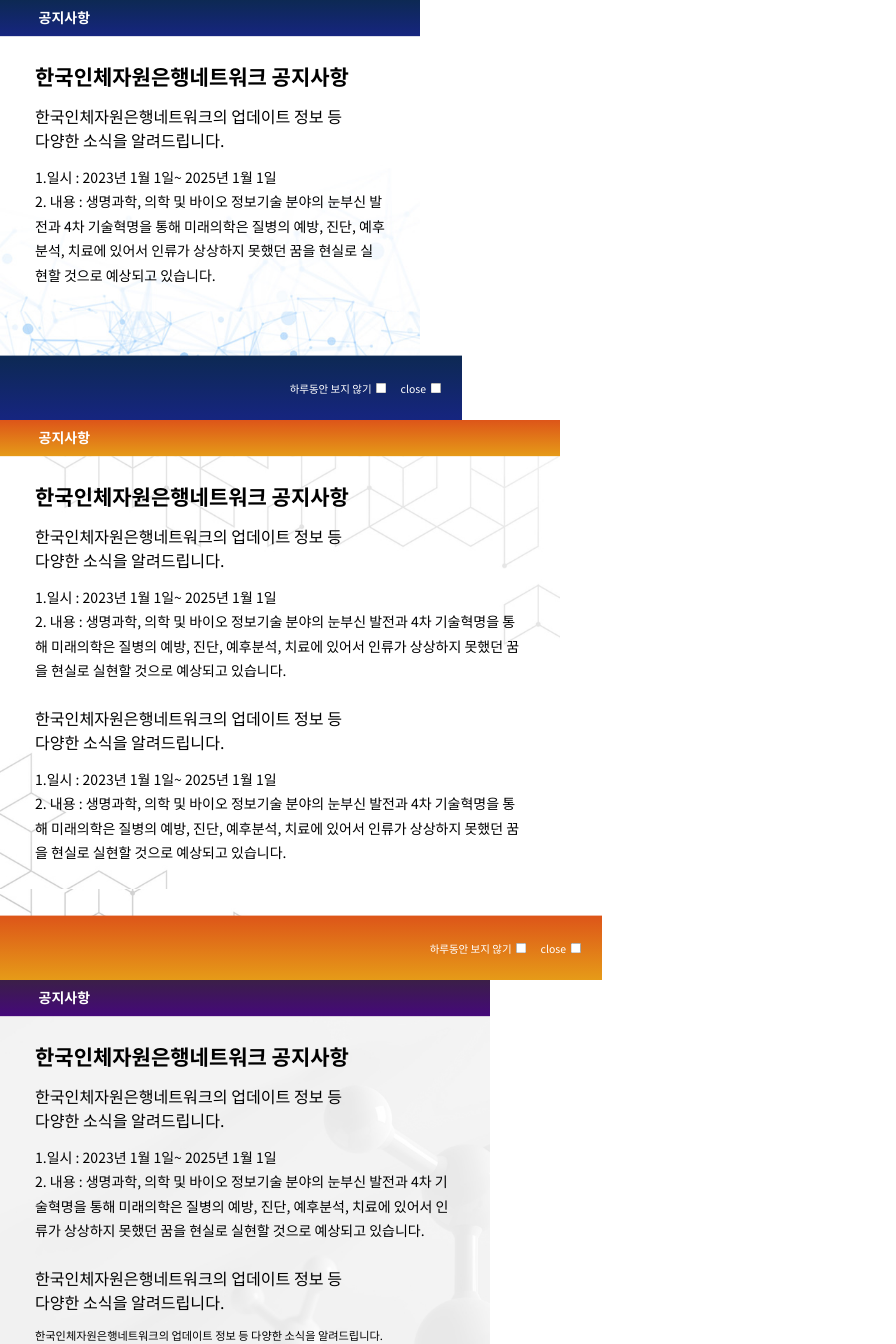
Repository: dlgywls1130/common_popup
Page: index.html
These files come from the project's save history. The page is drawn as it stood at one moment and after the next save; the edit follows.
The browser window is 1280 px wide. The pictures show the part of the page from y = 0 to 1920 px (the page is 2600 px tall), at 70% of full size.

Above is the page before, as saved 2023-10-26 00:07:37.

After the next save:
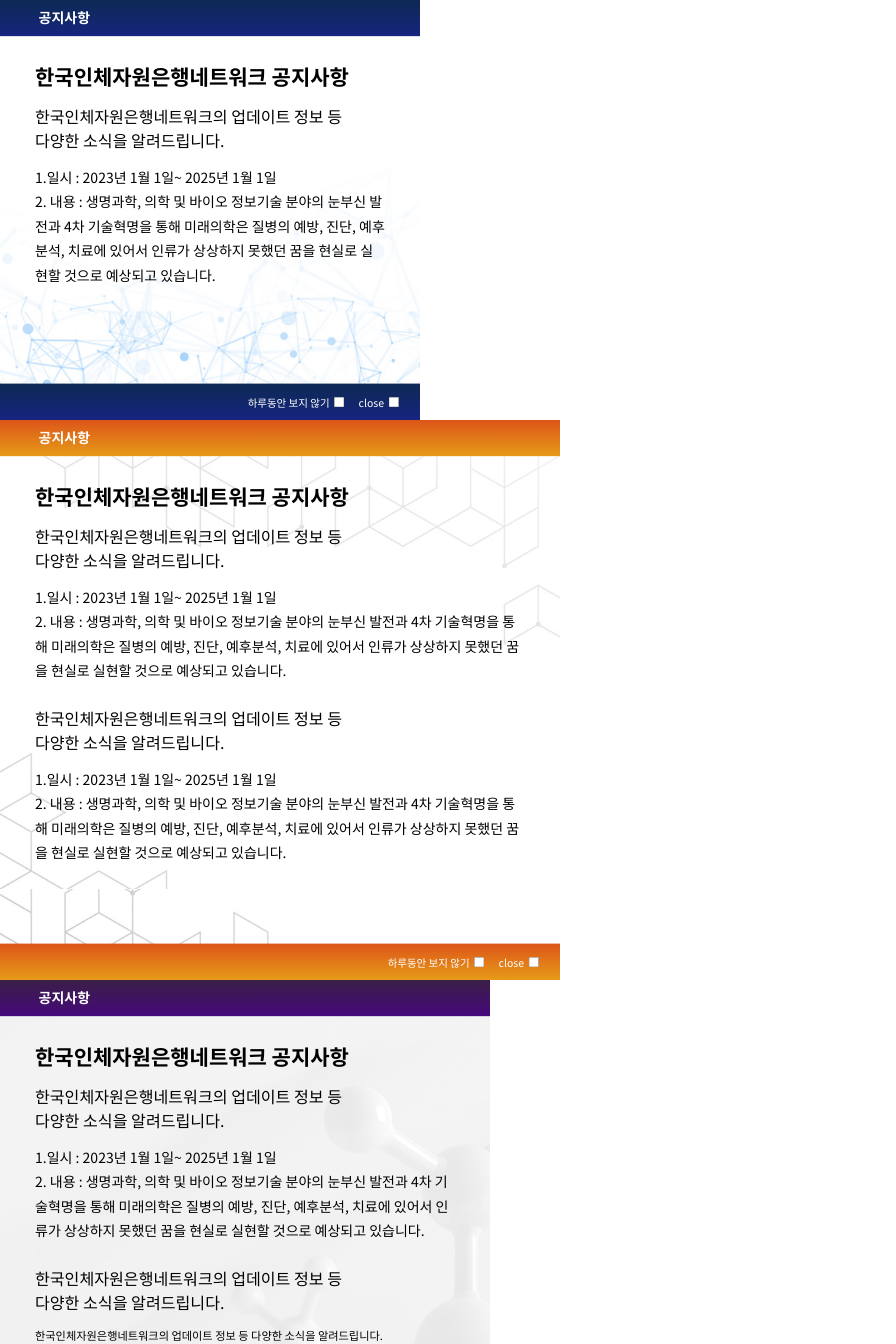
Saved 86 s later.
--- a/style.css
+++ b/style.css
@@ -114,6 +114,7 @@ time, mark, audio, video {
     align-items: center;
     justify-content: flex-end;
     padding: 20px 30px;
+    box-sizing: border-box;
 }
 
 .common_footer .day_off label,
